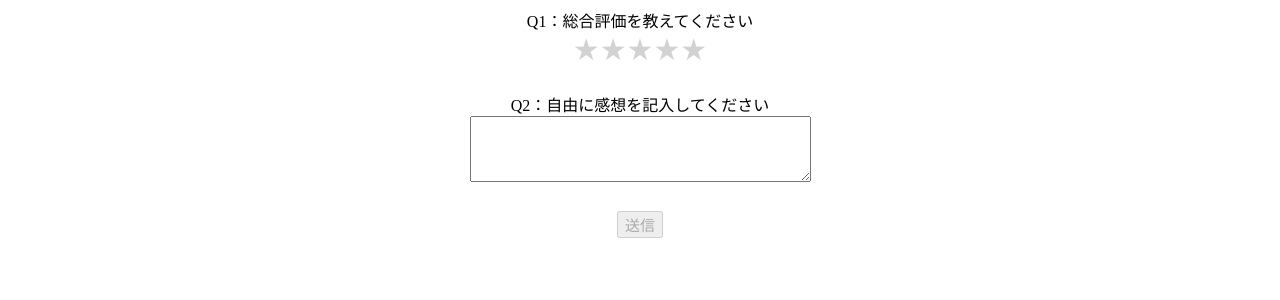
Repository: mikumiura/intern-chatbot
Page: templates/first-page.html
These files come from the project's save history. The page is drawn as it stood at one moment and after the next save; the edit follows.
The browser window is 1280 px wide. The pictures show the whole page.

Above is the page before, as saved 2022-08-24 02:59:06.

### templates/first-page.html
<!DOCTYPE html>
<html>

<head>
    <meta charset="utf-8">
    <meta name="viewport" content="width=device-width, initial-scale=1.0">
    <title>検索bot評価ページ</title>

    <link rel="stylesheet" href="static/style.css" type="text/css">
</head>


<body style="text-align:center">
    <script src="https://unpkg.com/vue@next"></script>
    <script src="https://unpkg.com/axios/dist/axios.min.js"></script>

    <div id = "app">
        <div class="bottom-30">
            <div>Q1：総合評価を教えてください</div>
            <div>
                <div v-bind:class="{'star-gold':stars[0], 'star-gray':!stars[0]}" v-on:click="star(1)" class="pointer size-30">★</div>
                <div v-bind:class="{'star-gold':stars[1], 'star-gray':!stars[1]}" v-on:click="star(2)" class="pointer size-30">★</div>
                <div v-bind:class="{'star-gold':stars[2], 'star-gray':!stars[2]}" v-on:click="star(3)" class="pointer size-30">★</div>
                <div v-bind:class="{'star-gold':stars[3], 'star-gray':!stars[3]}" v-on:click="star(4)" class="pointer size-30">★</div>
                <div v-bind:class="{'star-gold':stars[4], 'star-gray':!stars[4]}" v-on:click="star(5)" class="pointer size-30">★</div>
            </div>
        </div>

        <div class="bottom-30">
            <div>Q2：自由に感想を記入してください</div>
            <div>
                <textarea v-model="comment" cols="40" rows="4"></textarea> <!-- v-on:hogehoge（入力に関する処理の感知）でisActive()をtrueに -->
            </div>
        </div>

        <div>
            <input v-bind:disabled="comment==''" v-on:click="submit()" type="submit" value="送信" class="pointer size-15">
        </div>
    </div>

</body>
</html>

<script>
    let stars = [false, false, false, false, false];

    const Star = {
        data() {
            return {
                stars,
                rate: 0,
                comment: ""
            }
        },
        methods: {
            star: function(num) {
                this.rate = num
                // 1~num番目までをtrueに置き換える処理
                for (let i=0; i<num; i++) {
                    this.stars.splice(i, 1, true)
                }
                // num+1~5番目までをfalseに置き換える処理
                for (let i=num; i<5; i++) {
                    this.stars.splice(i, 1, false)
                }
            },
            submit: function() {
                alert("送信完了")

                axios.post('/test1', {
                    rate: this.rate,
                    comment: this.comment
                })
                .then(function(response) {
                    console.log(response)
                })
                .catch(function(error) {
                    console.log(error)
                })

                window.open('/test2', null)
            }
        }
    }
    Vue.createApp(Star).mount("#app")
</script>

### static/style.css
div div div div {
    display: inline-block;
}

.star-gold {
    color: #ffd700;
}

.star-orange {
    color: #ffa500;
}

.star-gray {
    color: #d2d2d2;
}

.pointer {
    cursor: pointer;
}

.size-15 {
    font-size: 15px;
}

.size-30 {
    font-size: 30px;
}

.bottom-30 {
    margin-bottom: 25px;
}

After the next save:
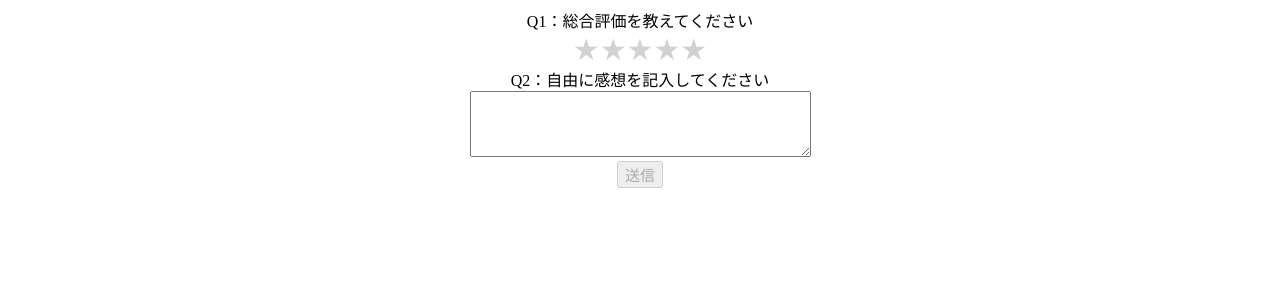
Saved 41 s later.
--- a/static/style.css
+++ b/static/style.css
@@ -26,6 +26,6 @@ div div div div {
     font-size: 30px;
 }
 
-.bottom-30 {
+.bottom-25 {
     margin-bottom: 25px;
 }

After the save that followed:
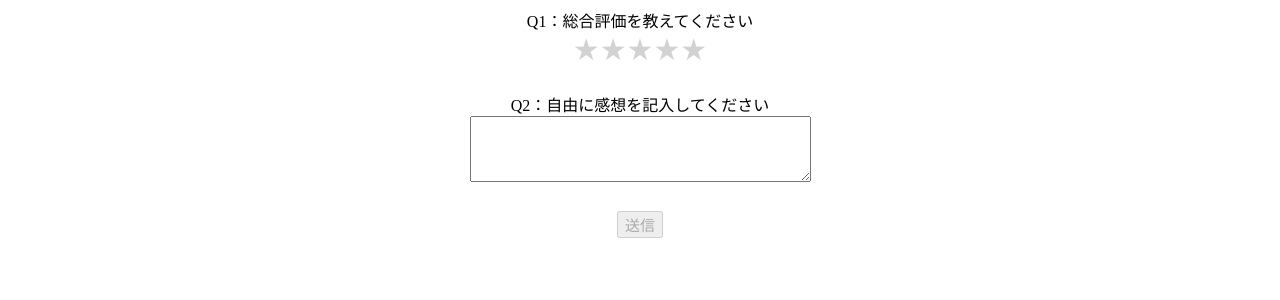
Saved 8 s later.
--- a/templates/first-page.html
+++ b/templates/first-page.html
@@ -15,7 +15,7 @@
     <script src="https://unpkg.com/axios/dist/axios.min.js"></script>
 
     <div id = "app">
-        <div class="bottom-30">
+        <div class="bottom-25">
             <div>Q1：総合評価を教えてください</div>
             <div>
                 <div v-bind:class="{'star-gold':stars[0], 'star-gray':!stars[0]}" v-on:click="star(1)" class="pointer size-30">★</div>
@@ -26,7 +26,7 @@
             </div>
         </div>
 
-        <div class="bottom-30">
+        <div class="bottom-25">
             <div>Q2：自由に感想を記入してください</div>
             <div>
                 <textarea v-model="comment" cols="40" rows="4"></textarea> <!-- v-on:hogehoge（入力に関する処理の感知）でisActive()をtrueに -->
